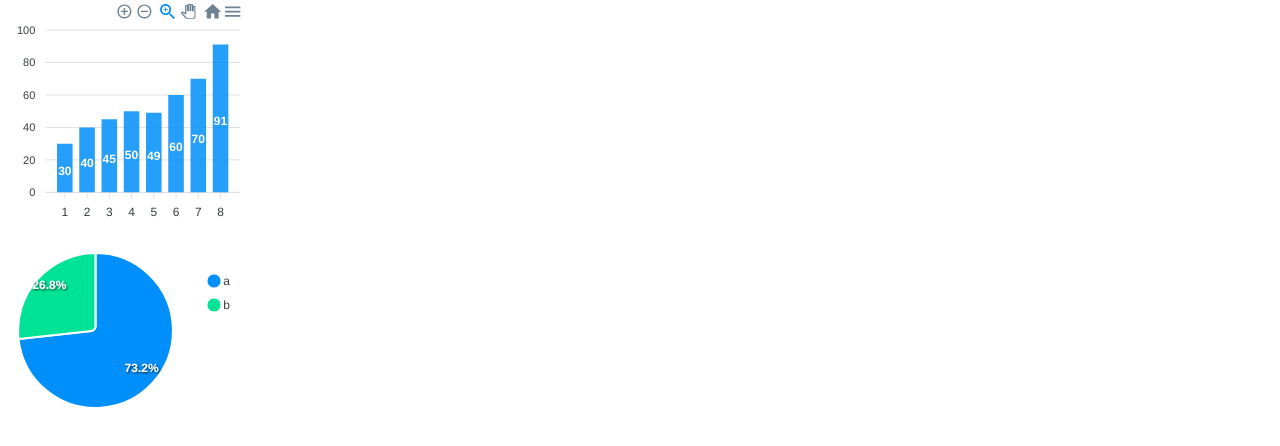
Repository: cheik253/21036
Page: /
An editor plug-in stored every save of this project. The page is shown before and after the next save, followed by the edit.
The browser window is 1280 px wide. The pictures show the whole page.
The project was rebuilt for these pictures with package versions that can differ from the ones it lists, and the page was loaded fresh each time. Imported but missing from the stored project, and not drawn on this page: src/App.c.

Above is the page before, as saved 2024-02-20 15:22:32.

After the next save:
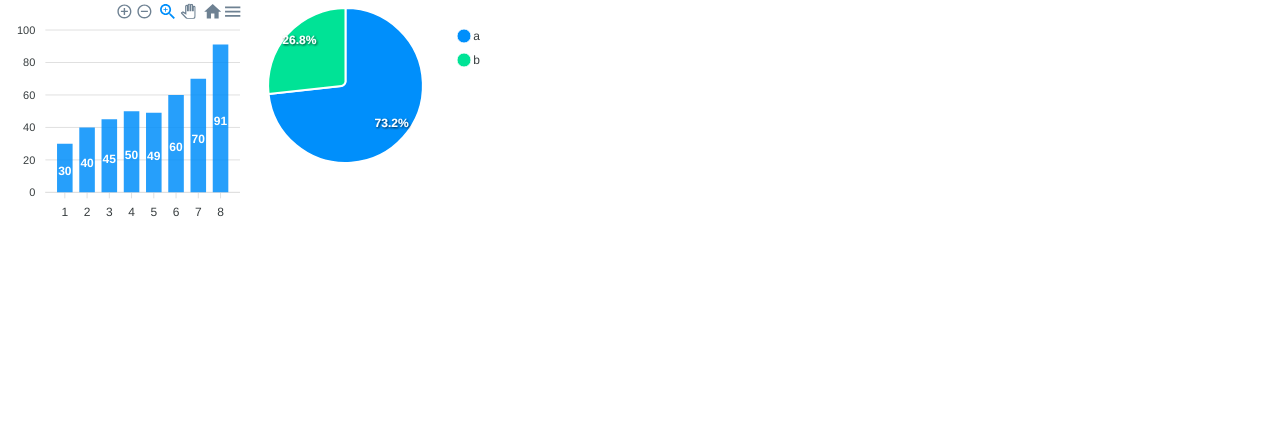
Saved 1 s later.
--- a/src/App.js
+++ b/src/App.js
@@ -1,6 +1,6 @@
 import React from 'react';
 import ReactApexChart from 'react-apexcharts';
-import './App.c'
+import './App.css'
 const App = () => {
   return (
     <div className="App">
